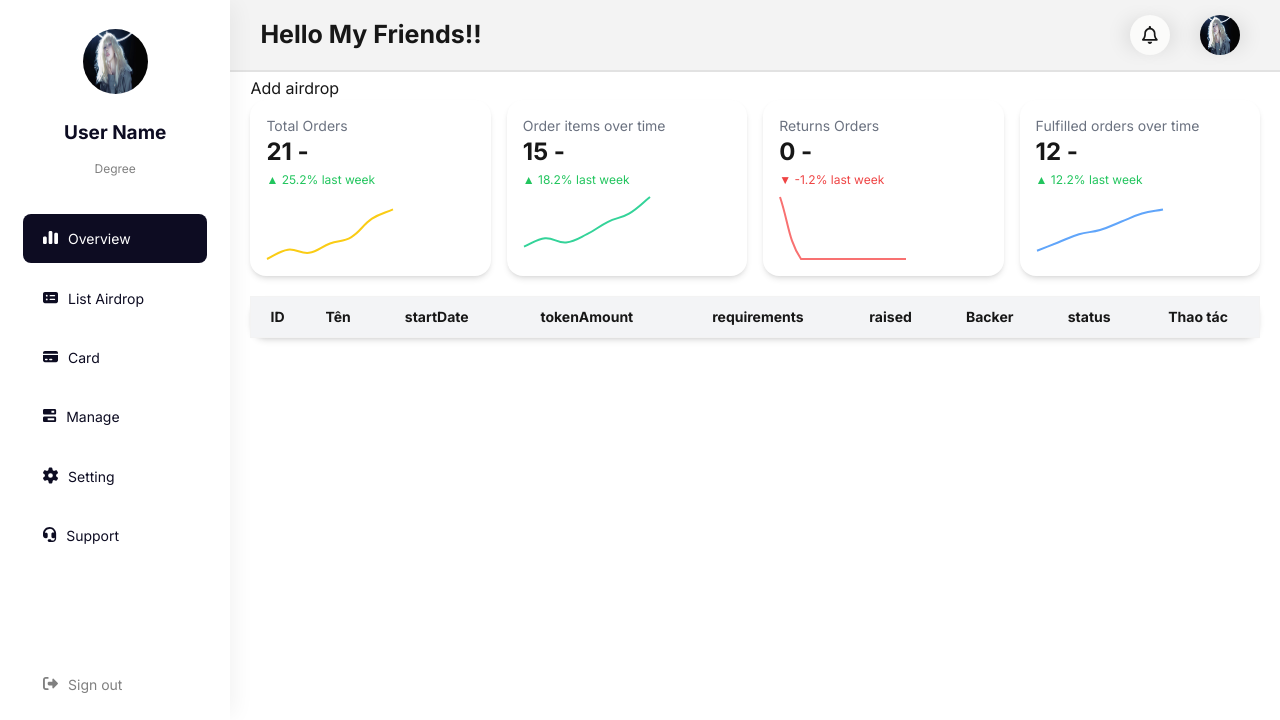
Repository: conGaStuer/airdropmamager
Page: /airdrops
These files come from the project's save history. The page is drawn as it stood at one moment and after the next save; the edit follows.
The browser window is 1280 px wide. The pictures show the whole page.
The page's requests for data from a server got no answer. The project was rebuilt for these pictures with package versions that can differ from the ones it lists, and the page was loaded fresh each time. The framework's server and built-in components were replaced by stand-ins that run in the browser. No one was signed in, and anything a server would have sent is missing. Also part of the build but not shown: next.config.ts.

Above is the page before, as saved 2025-05-26 20:36:06.

After the next save:
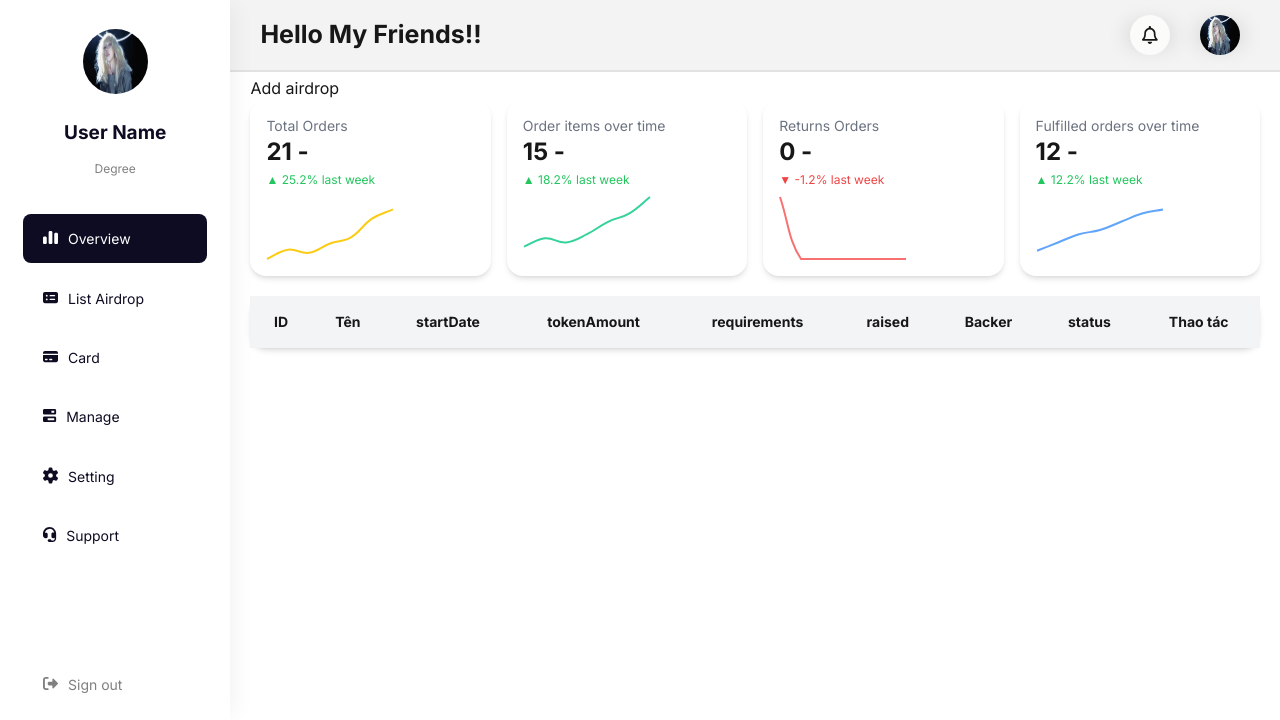
Saved 11 s later.
--- a/src/app/airdrops/page.js
+++ b/src/app/airdrops/page.js
@@ -68,7 +68,7 @@ export default function AirdropPages() {
       </div>
       <table
         border="1"
-        cellPadding="10"
+        cellPadding="15"
         style={{ marginTop: 20, width: "100%" }}
         className="shadow-md bg-white rounded-2xl "
       >
